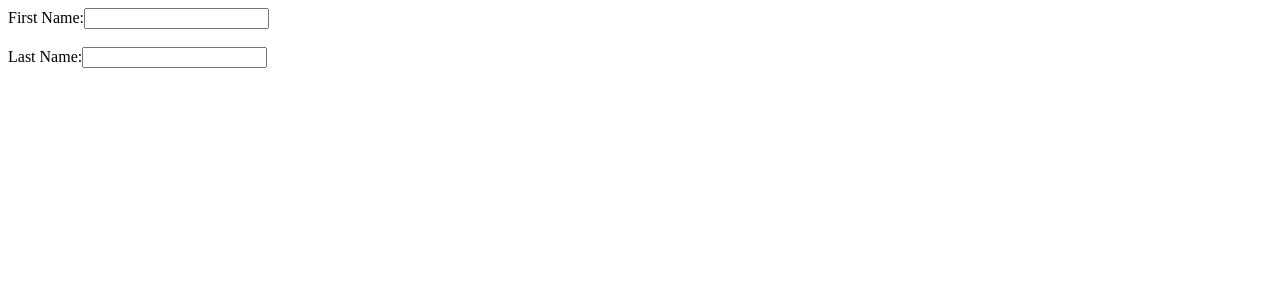
Repository: subhadeep-bis/spring-mvc
Page: http://localhost/form-tags-data-binding/student/showForm
The author's editor kept a copy of each file at every save. The page is drawn from the files as they stood at one save, then again after the next save.
The browser window is 1280 px wide. The pictures show the whole page.
The page is served by Tomcat 9. Other server files are loaded and not shown.

Above is the page before, as saved 2019-06-27 15:42:41.

### form-tags-data-binding/src/main/webapp/WEB-INF/views/show-form.jsp
<%@ page language="java" contentType="text/html; charset=ISO-8859-1"
    pageEncoding="ISO-8859-1"%>
<%@ taglib prefix="form" uri="http://www.springframework.org/tags/form" %>
<!DOCTYPE html>
<html>
<head>
<meta charset="ISO-8859-1">
<title>Insert title here</title>
</head>
<body>
	<form:form method="post" action="/processForm" modelAttribute="student">
		First Name:<form:input path="firstName" />
		<br/><br/>
		Last Name:<form:input path="lastName" />
		<br/><br/>
	</form:form>
</body>
</html>

### form-tags-data-binding/src/main/java/com/luv2code/controller/Student.java
package com.luv2code.controller;

public class Student {
	private String firstName;
	private String lastName;
	public Student() {
		super();
	}
	public String getFirstName() {
		return firstName;
	}
	public void setFirstName(String firstName) {
		this.firstName = firstName;
	}
	public String getLastName() {
		return lastName;
	}
	public void setLastName(String lastName) {
		this.lastName = lastName;
	}
}

After the next save:
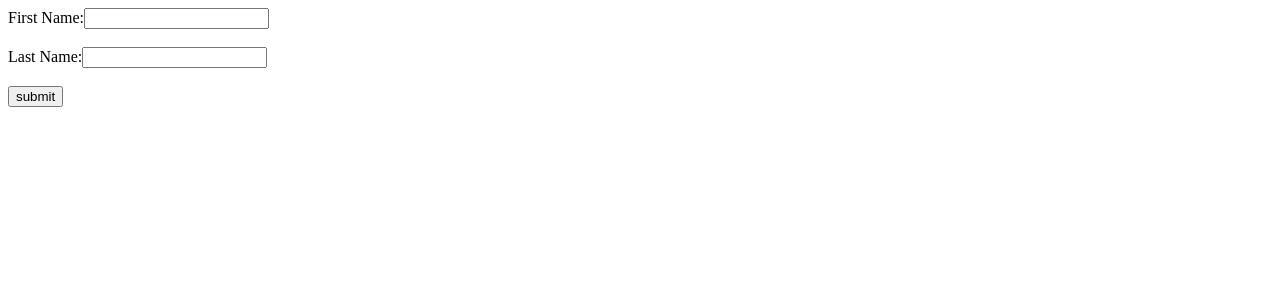
Saved 16 s later.
--- a/form-tags-data-binding/src/main/webapp/WEB-INF/views/show-form.jsp
+++ b/form-tags-data-binding/src/main/webapp/WEB-INF/views/show-form.jsp
@@ -13,6 +13,7 @@
 		<br/><br/>
 		Last Name:<form:input path="lastName" />
 		<br/><br/>
+		<input type="submit" value="submit" />
 	</form:form>
 </body>
 </html>
